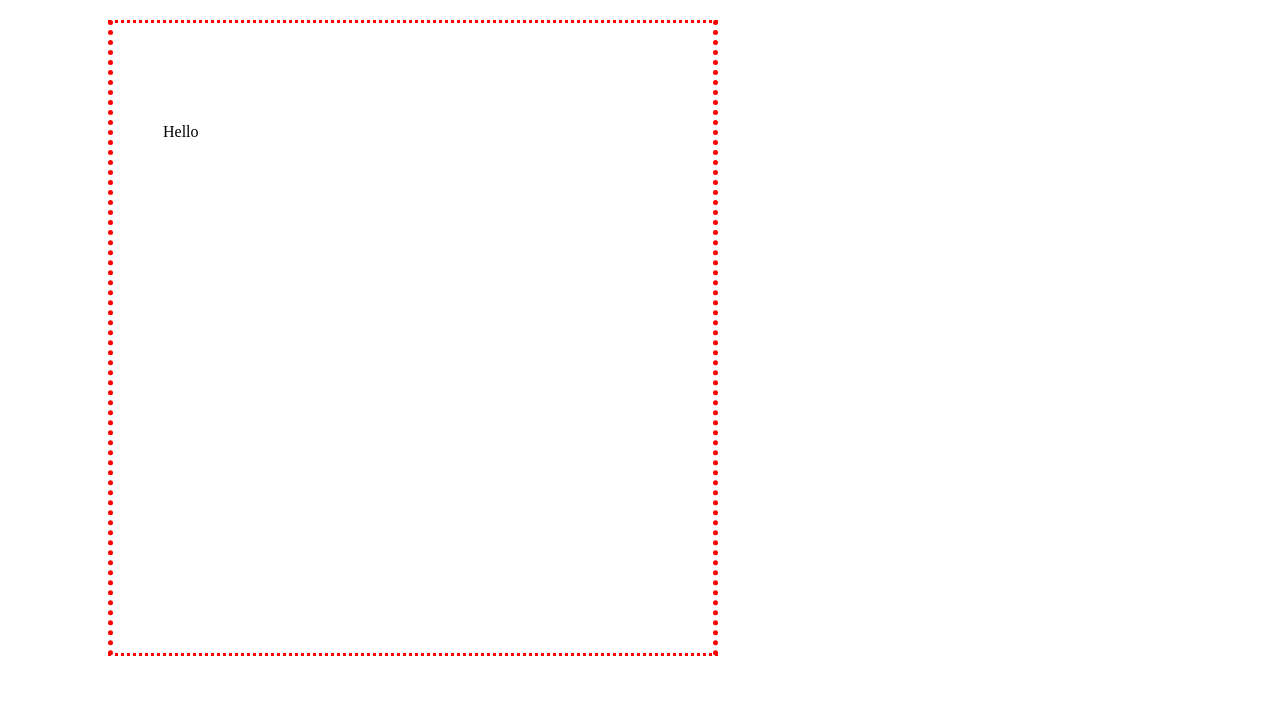
Repository: harin1212/PDA-frontend
Page: day3/box.html
These files come from the project's save history. The page is drawn as it stood at one moment and after the next save; the edit follows.
The browser window is 1280 px wide. The pictures show the whole page.

Above is the page before, as saved 2023-07-31 13:15:58.

### day3/box.html
<!DOCTYPE html>
<html lang="en">
<head>
    <meta charset="UTF-8">
    <!-- <meta name="viewport" content="width=device-width, initial-scale=1.0"> -->
    <title>Box Model</title>
    <link rel="stylesheet" href="style/box.css">
</head>
<body>
    <div>Hello</div>
</body>
</html>

### day3/style/box.css
div{
    width: 500px; height: 500px;
    border-width: 3px 5px;
    border-style: dotted;
    border-color: red;
    padding: 100px 50px 30px;
    margin: 20px 100px;
}

After the next save:
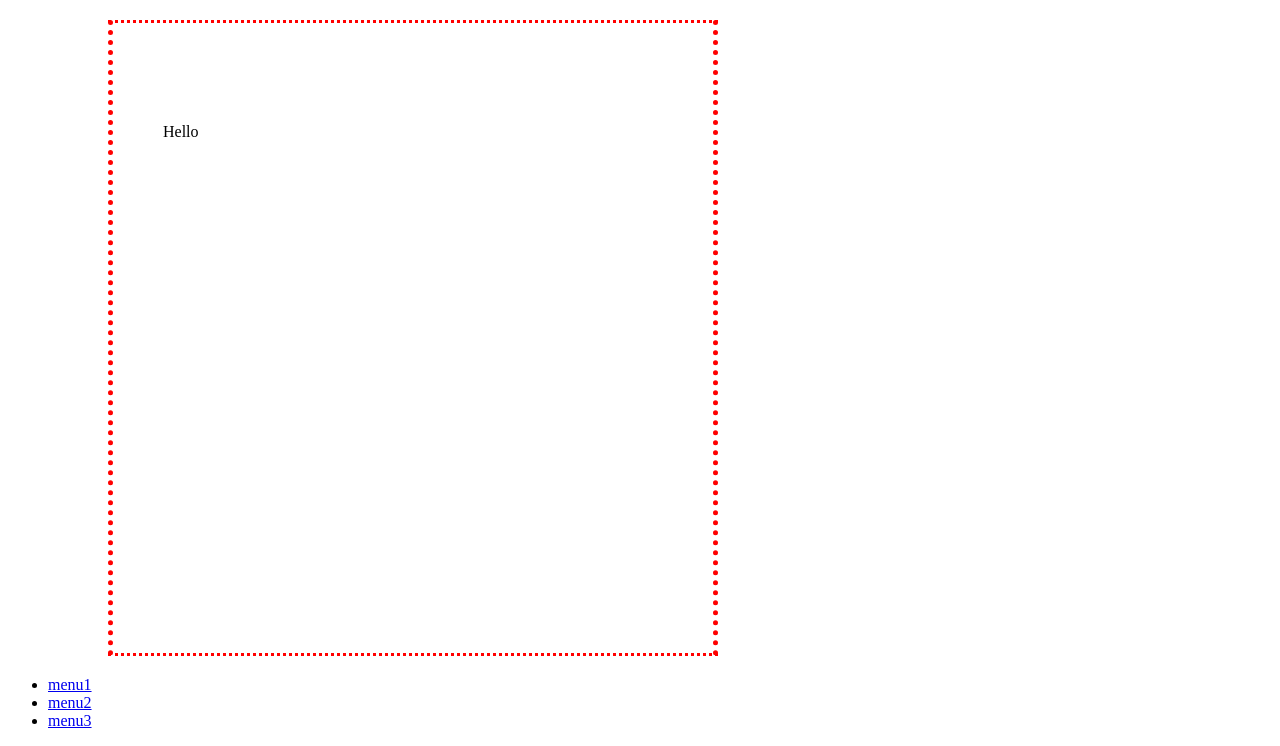
Saved 119 s later.
--- a/day3/box.html
+++ b/day3/box.html
@@ -8,5 +8,10 @@
 </head>
 <body>
     <div>Hello</div>
+    <ul>
+        <li><a href="#">menu1</a></li>
+        <li><a href="#">menu2</a></li>
+        <li><a href="#">menu3</a></li>
+    </ul>
 </body>
 </html>
